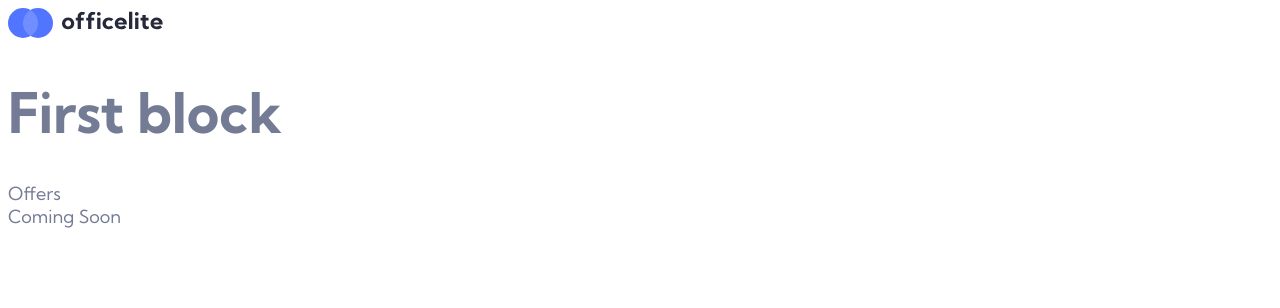
Repository: jodelajo/frontend-css-challenge
Page: index.html
An editor plug-in stored every save of this project. The page is shown before and after the next save, followed by the edit.
The browser window is 1280 px wide. The pictures show the whole page.

Above is the page before, as saved 2022-02-28 12:45:54.

### index.html
<!DOCTYPE html>
<html lang="en">
  <head>
    <meta charset="UTF-8" />
    <meta name="viewport" content="width=device-width, initial-scale=1.0" />

    <link
      rel="icon"
      type="image/png"
      sizes="32x32"
      href="./assets/favicon-32x32.png"
    />
    <link rel="preconnect" href="https://fonts.googleapis.com" />
    <link rel="preconnect" href="https://fonts.gstatic.com" crossorigin />
    <link
      href="https://fonts.googleapis.com/css2?family=Kumbh+Sans:wght@400;700&display=swap"
      rel="stylesheet"
    />
    <link href="./index.css" type="text/css" rel="stylesheet" />
    <title>Frontend Mentor | Officelite coming soon site</title>
  </head>
  <body>
    <header>
      <img src="./assets/shared/logo.svg" alt="logo-officelite" />
    </header>
    <main>
      <h1>First block</h1>
      <div>Offers</div>
      <div>Coming Soon</div>
    </main>
  </body>
</html>

### index.css
:root {
  --colors-blue: #5175ff;
  --colors-dark: #333950;
  --colors-grey: #747b95;
  --colors-light-blue: #829cff;
  --colors-blackblue: #25293a;
  --colors-red: #f05b5b;
}

body {
  font-family: "Kumbh Sans", sans-serif;
  color: var(--colors-grey);
  font-size: 18px;
}
h1 {
  font-weight: bold;
  font-size: 56px;
  line-height: 64px;
}
h2 {
  font-weight: bold;
  font-size: 20px;
  line-height: 28px;
}
h3 {
  text-transform: capitalize;
  font-weight: bold;
  font-size: 16px;
  line-height: 48px;
}

After the next save:
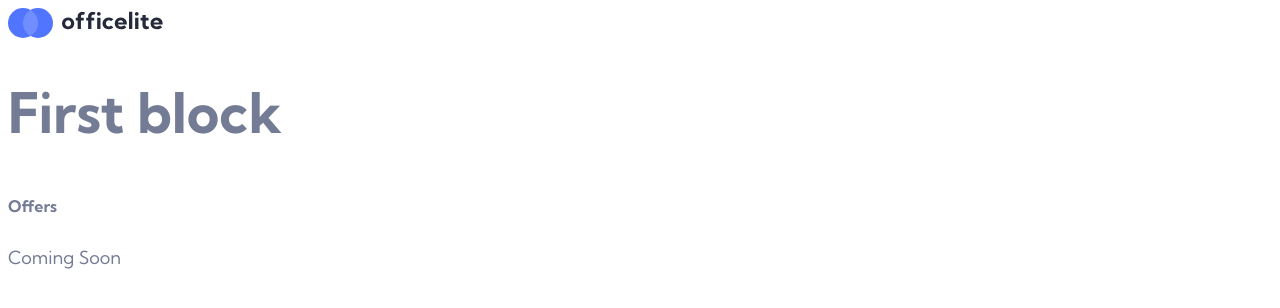
Saved 11 s later.
--- a/index.html
+++ b/index.html
@@ -25,7 +25,7 @@
     </header>
     <main>
       <h1>First block</h1>
-      <div>Offers</div>
+      <h3>Offers</h3>
       <div>Coming Soon</div>
     </main>
   </body>
